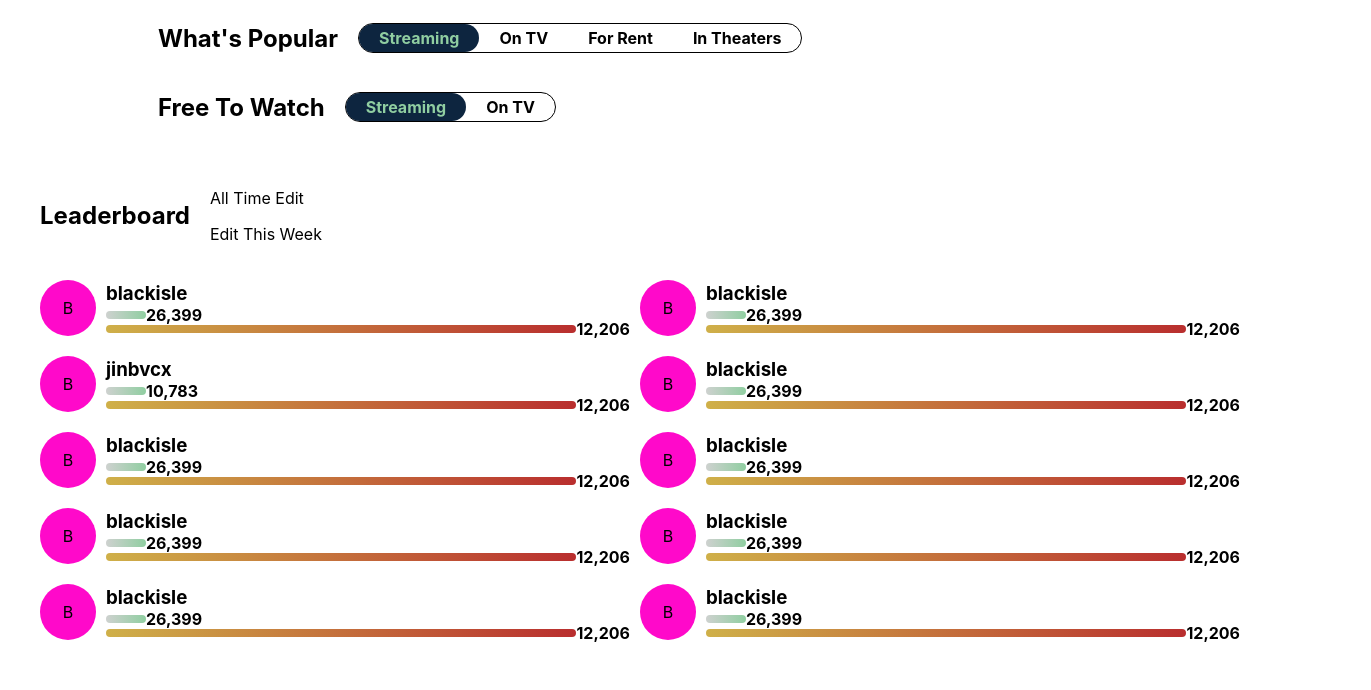
Repository: Fauzaanmhmd/qnpTesFrontend
Page: /
The author's editor kept a copy of each file at every save. The page is drawn from the files as they stood at one save, then again after the next save.
The browser window is 1280 px wide. The page is 1371 px wide, so the pictures cover 1371 px, including what lies to the right of the window. The pictures show the part of the page from y = 364 to 1054 px (the page is 1054 px tall).
The page's requests for data from a server got no answer. The project was rebuilt for these pictures with package versions that can differ from the ones it lists, and the page was loaded fresh each time. The framework's server and built-in components were replaced by stand-ins that run in the browser. No one was signed in, and anything a server would have sent is missing. Also part of the build but not shown: next.config.js, styles/Moviecard.module.scss, pages/components/Moviecard.tsx.

Above is the page before, as saved 2022-03-20 03:01:35.

After the next save:
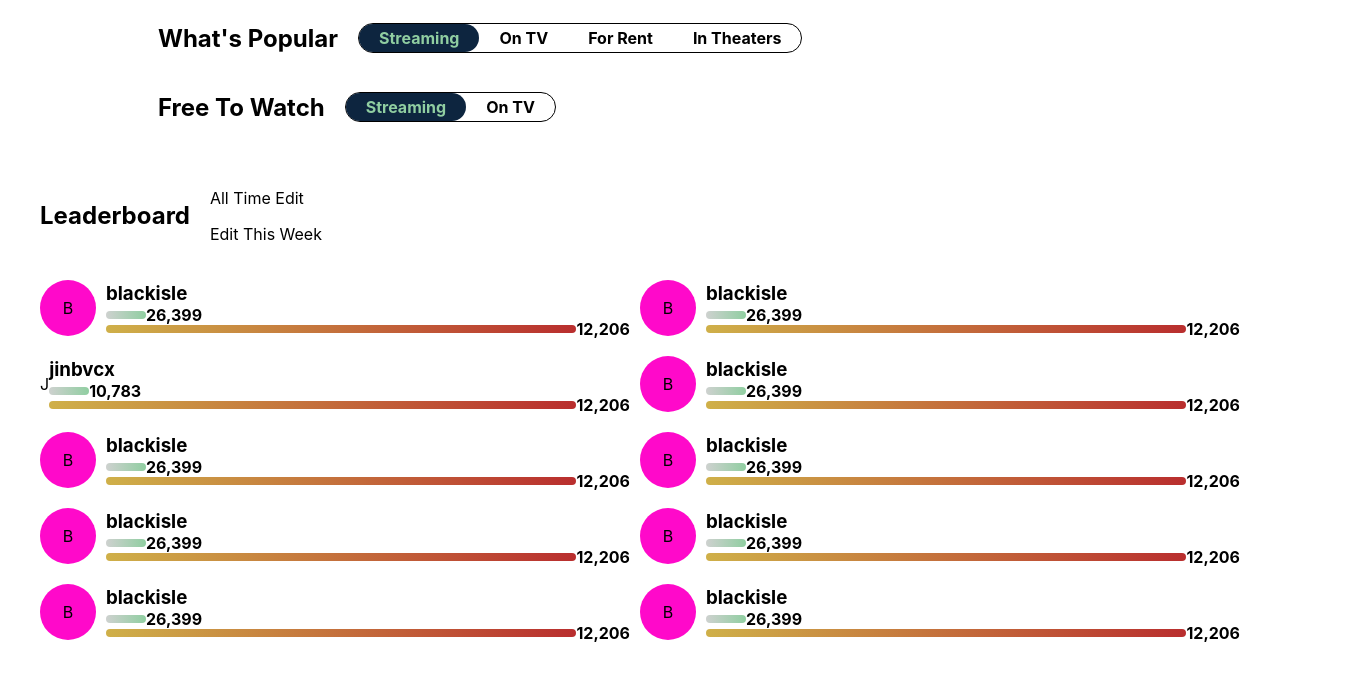
Saved 35 s later.
--- a/pages/Leaderboard.tsx
+++ b/pages/Leaderboard.tsx
@@ -59,9 +59,9 @@
                                 </div>
                             </li>
                             <li>
-                                <span className={styles.avatar}>
+                                <span className={styles.avatarJ}>
                                     <a href="https://www.themoviedb.org/u/jinbvcx">
-                                        <span>B</span>
+                                        <span>J</span>
                                     </a>
                                 </span>
                                 <div className={styles.data}>
